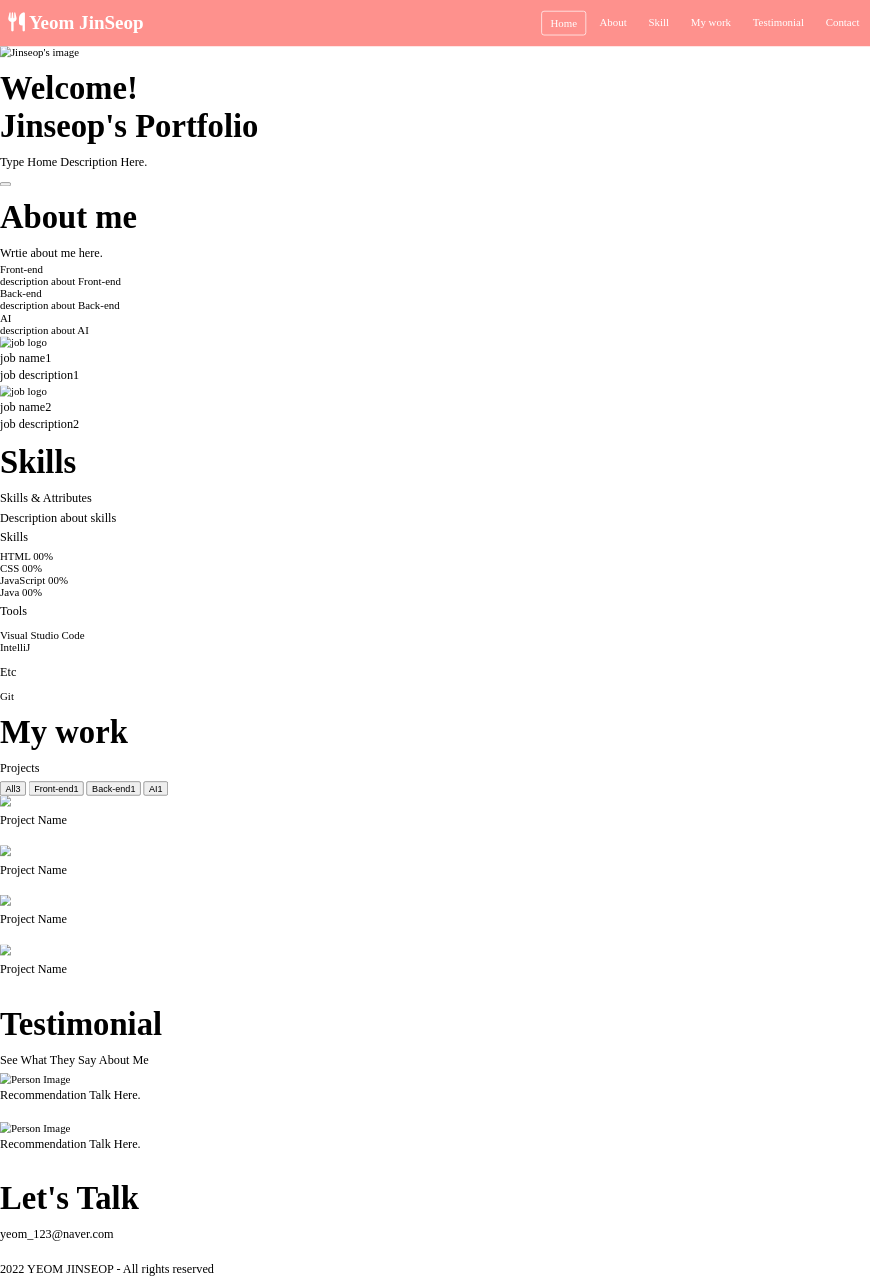
Repository: YEOMJINSEOP/yeomjinseop.github.io
Page: index.html
The author's editor kept a copy of each file at every save. The page is drawn from the files as they stood at one save, then again after the next save.
The browser window is 1280 px wide. The pictures show the whole page, at 68% of full size.
Some web libraries are served in a nearby version.

Above is the page before, as saved 2022-08-14 10:42:04.

After the next save:
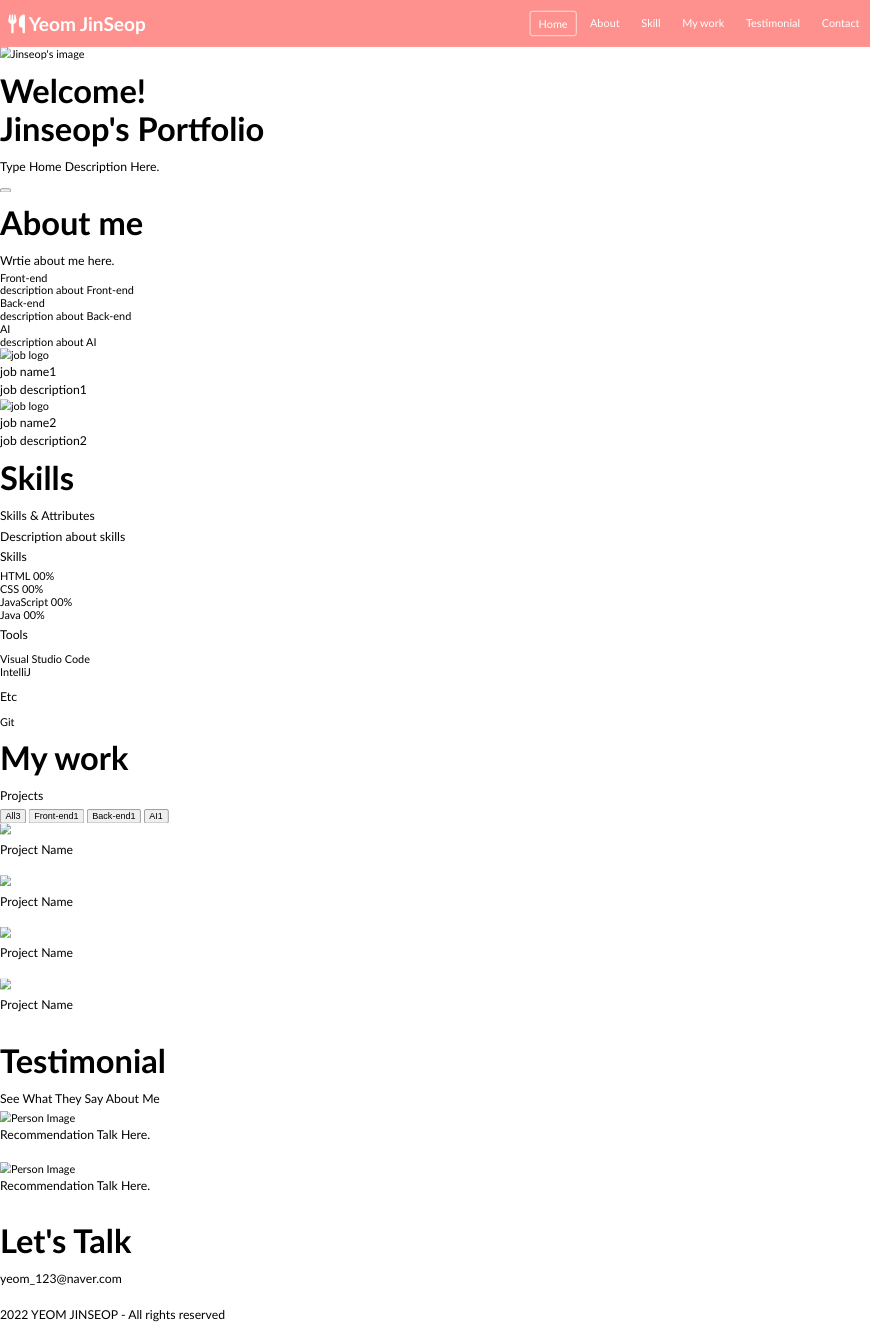
Saved 53 s later.
--- a/style.css
+++ b/style.css
@@ -40,6 +40,7 @@
 
  body{
   margin: 0;
+  font-family:'Gill Sans', 'Gill Sans MT', Calibri, 'Trebuchet MS', sans-serif
  }
 
  a{
